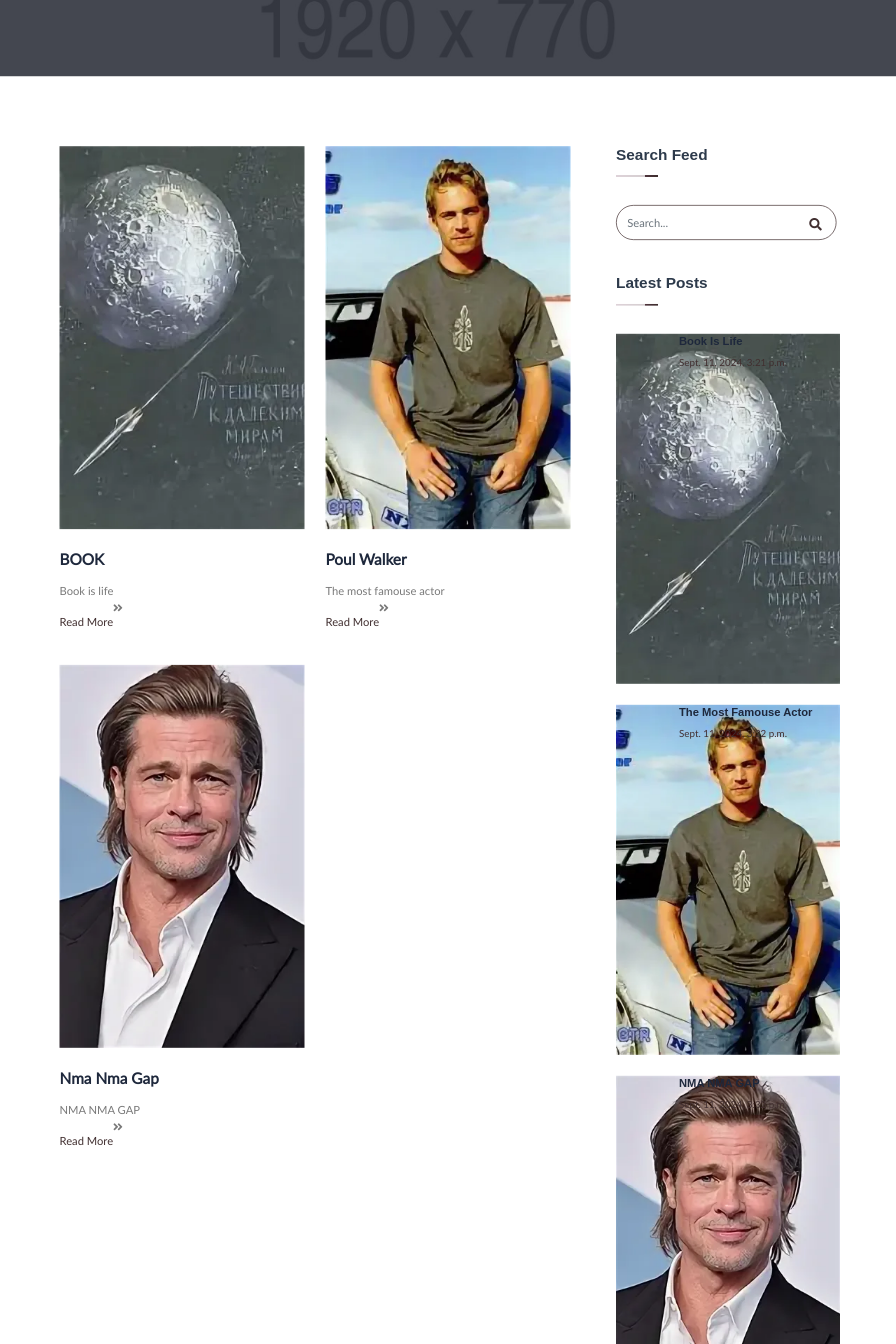
Repository: maqsudov0371/vazifa7oy10dars
Page: http://localhost/service/
An editor plug-in stored every save of this project. The page is shown before and after a run of saves, followed by the edit.
The browser window is 1280 px wide. The pictures show the part of the page from y = 477 to 2397 px (the page is 3407 px tall before and 3012 px after), at 70% of full size.
Some web fonts or font styles are not loaded; a fallback is used. The page is served by the project's application, run on Django 4.2 (manage.py). Other server files are loaded and not shown. The page reads the database file committed with the project. Queries for data that is not in the repository find no rows.

Above is the page before, as saved 2024-09-11 15:29:42.
Console error: TypeError: Cannot read properties of undefined (reading 'left')

### main/templates/main/service.html
{% extends 'base.html' %}

{% block slider %}
{% endblock slider %}

{% block content %}
    <!-- inner header wrapper start -->
    <div class="page_title_section float_left">
        <div class="page_header">
            <div class="container">
                <div class="row">
                    <!-- section_heading start -->
                    <div class="col-lg-12 col-md-12 col-12 col-sm-12">
                        <h1>Services</h1>
                    </div>
                    <div class="col-lg-12 col-md-12 col-12 col-sm-12">
                        <div class="sub_title_section">
                            <ul class="sub_title">
                                <li><a href="#">Home</a> &nbsp;&nbsp;&nbsp; &gt; &nbsp;&nbsp;</li>
                                <li>Services</li>
                            </ul>
                        </div>
                    </div>
                </div>
            </div>
        </div>
    </div>
    <!-- inner header wrapper end -->

    <!-- blog wrapper start -->
    <div class="blog_wrapper float_left">
        <div class="container">
            <div class="row">
                <div class="col-xl-8 col-lg-8 col-md-12 col-sm-12 col-xs-12">
                    <div class="row">
                        {% for service in services %}
                        <div class="col-md-6">
                            <div class="blog-post-wrapper iner_blog">
                                <div class="post-thumbnail">
                                    <img src="{{ service.image.url }}" class="img-responsive" alt="Image">
                                </div>
                                <div class="blog-content edu_service_header">
                                    <header class="entry-header">
                                        <h4 class="entry-title edu_service_heading">
                                            <a href="{% url 'main:service_detail' pk=service.pk %}">{{ service.title }}</a>
                                        </h4>
                                    </header>
                                    <div class="entry-content">
                                        <p>{{ service.content|truncatewords:20 }}</p>
                                    </div>
                                    <a href="{% url 'main:service_detail' pk=service.pk %}" class="blog_read">Read More</a>
                                    <i class="fa fa-angle-double-right" aria-hidden="true"></i>
                                </div>
                            </div>
                        </div>
                        {% endfor %}
                    </div>
                </div>

                <!-- Sidebar -->
                <div class="col-xl-4 col-lg-4 col-md-12 col-sm-12 col-xs-12 right_sidebar blog_single_sidebar">
                    <!-- Search Form -->
                    <div class="sidebar_widget float_left">
                        <div class="widget_heading">
                            <h2>Search feed</h2>
                        </div>
                        <form class="search_form" role="search">
                            <div class="form-group">
                                <input type="text" class="form-control" placeholder="Search...">
                            </div>
                            <button type="submit"><i class="fa fa-search"></i></button>
                        </form>
                    </div>

                    <!-- Latest Posts -->
                    <div class="sidebar_widget float_left">
                        <div class="widget_heading">
                            <h2>Latest Posts</h2>
                        </div>
                        {% for last in services %}
                            <div class="blog_wrapper22 float_left">
                                <div class="blog_image">
                                    <img src="{{ last.image.url }}" class="img-responsive" alt="blog_img1" style="height: ;" />
                                </div>
                                <div class="blog_text">
                                    <h5><a href="#">{{ last.content }}</a></h5>
                                    <div class="blog_date">{{ last.created_at }}</div>
                                </div>
                            </div>
                        {% endfor %}
                    </div>


                </div>
            </div>
        </div>
    </div>
    <!-- blog wrapper end -->

    <!-- edu letter wrapper Start -->
    <div class="edu_letter_main_wrapper float_left">
        <div class="container">
            <div class="edu_left_envo">
                <img src="images/innn.png" alt="img">
                <h3>Sign Up for Newsletter</h3>
            </div>
            <div class="edu_right_form">
                <input type="text" placeholder="Enter your email">
                <button>Sign Up</button>
            </div>
        </div>
    </div>
    <!-- edu letter wrapper End -->
{% endblock content %}

### templates/base.html
<!DOCTYPE html>
<!--
Template Name: Edu365 Education HTML
Version: 1.0.0
Author: Webstrot

-->
<!--[if IE 8]> <html lang="en" class="ie8 no-js"> <![endif]-->
<!--[if IE 9]> <html lang="en" class="ie9 no-js"> <![endif]-->
<!--[if !IE]><!-->
<html lang="zxx">
<!--[endif]-->

<head>
    <meta charset="utf-8" />
    <title>Edu365 Education HTML Template</title>
    <meta content="width=device-width, initial-scale=1.0" name="viewport" />
    <meta name="description" content="Education" />
    <meta name="keywords" content="Education" />
    <meta name="author" content="" />
    <meta name="MobileOptimized" content="320" />
    <!--Template style -->
    {% include 'components/_style.html' %}

</head>

<body>
        <div id="preloader">
        <div id="status">
            <img src="/static/images/preloader.gif" id="preloader_image" alt="loader">
        </div>
    </div>
    <!-- edu top header wrapper Start -->
        {% include 'components/header/_top_header.html' %}
    <!-- edu top header wrapper End -->

    <!-- edu logo header wrapper Start -->
        {% include 'components/header/_logo_header.html' %}
    <!-- edu logo header wrapper End -->

    <!-- edu navihation header wrapper Start -->
        {% include 'components/header/_navihation_header.html' %}
    <!-- edu navihation header wrapper End -->

        <!-- edu slider wrapper Start -->
        {% block slider %}
        {% include 'components/header/_slider.html' %}
        {% endblock slider %}
    <!-- edu slider wrapper End -->

    {% block content %}
    {% endblock content %}

     <!-- footer Wrapper Start -->
    {% include 'components/_footer.html' %}
    <!-- footer Wrapper End -->

    {% include 'components/_script.html' %}

</body>
</html>

### templates/components/_style.html
{% load static %}
<link rel="stylesheet" type="text/css" href="{% static 'css/animate.css' %}" />
<link rel="stylesheet" type="text/css" href="{% static 'css/bootstrap.min.css' %}" />
<link rel="stylesheet" type="text/css" href="{% static 'css/fonts.css' %}" />
<link rel="stylesheet" type="text/css" href="{% static 'css/font-awesome.css' %}" />
<link rel="stylesheet" type="text/css" href="{% static 'css/nice-select.css' %}" />
<link rel="stylesheet" type="text/css" href="{% static 'css/settings.css' %}" />
<link rel="stylesheet" type="text/css" href="{% static 'css/book.css' %}" />
<link rel="stylesheet" type="text/css" href="{% static 'css/swiper.css' %}" />
<link rel="stylesheet" type="text/css" href="{% static 'css/venobox.css' %}" />
<link rel="stylesheet" type="text/css" href="{% static 'css/testimonial.css' %}" />
<link rel="stylesheet" type="text/css" href="{% static 'css/flaticon.css' %}" />
<link rel="stylesheet" type="text/css" href="{% static 'css/owl.carousel.css' %}" />
<link rel="stylesheet" type="text/css" href="{% static 'css/owl.theme.default.css' %}" />
<link rel="stylesheet" type="text/css" href="{% static 'css/settings.css' %}" />
<link rel="stylesheet" type="text/css" href="{% static 'css/layers.css' %}" />
<link rel="stylesheet" type="text/css" href="{% static 'css/navigation.css' %}" />
<link rel="stylesheet" type="text/css" href="{% static 'css/style.css' %}" />
<link rel="stylesheet" type="text/css" href="{% static 'css/responsive.css' %}" />
<!--favicon-->
<link rel="shortcut icon" type="image/png" href="{% static 'images/favicon.png' %}" />

### templates/components/header/_top_header.html
<div class="edu_top_header_wrapper float_left">
        <div class="container">
            <div class="row">
                <div class="col-xl-6 col-lg-6 col-md-6 col-sm-12 col-12">
                    <div class="edu_top_header_left_wrapper">
                        <p>{{ header.message }}</p>
                    </div>
                </div>
                <div class="col-xl-6 col-lg-6 col-md-6 col-sm-12 col-12">
                    <div class="edu_top_header_right_wrapper">
                        <ul>
                            <li><a href=""><i class="fab fa-facebook-f"></i></a>
                            </li>
                            <li><a href="#"><i class="fab fa-twitter"></i></a>
                            </li>
                            <li><a target="_blank" href="https://www.youtube.com/{{ header.youtube }}"><i class="fab fa-youtube"></i></a>
                            </li>
                            <li><a href="#"><i class="fab fa-linkedin-in"></i></a>
                            </li>
                        </ul>
                    </div>
                </div>
            </div>
        </div>
    </div>

### templates/components/header/_logo_header.html
<div class="edu_logo_header_wrapper float_left">
        <div class="container">
            <div class="row">
                <div class="col-md-12">
                    <div class="edu_border_line">
                        <div class="row">
                            <div class="col-md-3">
                                <div class="edu_logo_main_wrapper">
                                    <a href="index.html">
                                        <img src="{{ header.logo.url }}" alt="logo">
                                    </a>
                                </div>
                            </div>
                            <div class="col-md-9 d-none d-sm-none d-md-block">
                                <div class="lv_share_info_wrapper">
                                    <ul>
                                        <li>
                                            <div class="lv_header_icon">
                                                <img src="/static/images/pin.png" alt="Map Icon" title="Map Icon">
                                            </div>
                                            <p>{{ header.address }}</p>
                                        </li>
                                        <li>
                                            <div class="lv_header_icon">
                                                <img src="/static/images/phone.png" alt="Call Icon" title="Call Icon">
                                            </div>
                                            <p>{{ header.phone1 }}
                                                <br>{{ header.phone2 }}</p>
                                        </li>
                                        <li>
                                            <div class="lv_header_icon">
                                                <img src="/static/images/env.png" alt="Mail Icon" title="Mail Icon">
                                            </div>
                                            <p> <a href="#">{{ header.email1 }}</a>
                                                <br> <a href="#">{{ header.email2 }}</a>
                                            </p>
                                        </li>
                                    </ul>
                                </div>
                            </div>
                        </div>
                    </div>
                </div>
            </div>
        </div>
    </div>
    <a id="back2Top" title="Back to top" href="#">&#10148;</a>

### main/models.py
from django.db import models
from django.contrib.auth.models import AbstractUser, User
from django.urls import reverse
from django.core.validators import FileExtensionValidator
from PIL import Image
from django.db import models



# Create your models here.

class User(AbstractUser):
    phone = models.CharField(max_length=13, blank=True,  db_index=True)
    auth_code = models.CharField(max_length=6, blank=True)

    # def get_absolute_url(self):
    #     print(self)
    #     return reverse("main:account", kwargs={"id": self.id})

    def __str__(self) -> str:
        return f"{self.username}"


class Category(models.Model):
    title = models.CharField(max_length=15)

    def __str__(self) -> str:
        return f"{self.title}"


class Tag(models.Model):
    title = models.CharField(max_length=15)

    def __str__(self) -> str:
        return f"{self.title}"




class Course(models.Model):
    LANGUAGES = (
        ('uz', 'O\'zbekcha'),
        ('ru', 'Ruscha'),
        ('en', 'Inglizcha'),
    )
    title = models.CharField(max_length=100)
    slug = models.SlugField(max_length=255, unique=True, blank=True)
    description = models.TextField()
    duration = models.DurationField(blank=True)
    price = models.DecimalField(max_digits=10, decimal_places=2)  # 100.00
    category = models.ForeignKey('Category', on_delete=models.CASCADE, related_name="courses")
    created_at = models.DateTimeField(verbose_name="Boshlanish vaqti")
    updated_at = models.DateTimeField(auto_now=True, verbose_name="Yangilanish vaqti")
    language = models.CharField(max_length=100, blank=True, choices=LANGUAGES)
    rating = models.PositiveBigIntegerField(verbose_name="Rating", default=0)
    image = models.ImageField(upload_to="images", blank=True)
    tags = models.ManyToManyField('Tag', verbose_name="tags")

    class Meta:
        ordering = ['-rating']

    def save(self, *args, **kwargs):
        # Call the parent save method to save the object
        super().save(*args, **kwargs)

        if self.image:
            img = Image.open(self.image.path)

            # Resize the image to 150x220
            img = img.resize((150, 220), Image.ANTIALIAS)
            img.save(self.image.path)


# -------------------------------------------------------------------

class Header(models.Model):
    message = models.CharField(max_length=150)
    facebook = models.CharField(max_length=30)
    twitter = models.CharField(max_length=30)
    youtube = models.CharField(max_length=30)
    linkedin = models.CharField(max_length=30)
    logo = models.ImageField(upload_to="header/logo/")
    address = models.CharField(max_length=150)
    phone1 = models.CharField(max_length=15)
    phone2 = models.CharField(max_length=15)
    email1 = models.EmailField()
    email2 = models.EmailField()

    def __str__(self):
        return f"{self.message}"


class HeaderImage(models.Model):
    service = models.CharField(max_length=100)
    content = models.CharField(max_length=255)
    header = models.ForeignKey(Header, on_delete=models.CASCADE)
    image = models.ImageField(upload_to='header/images/')


class Service(models.Model):
    title = models.CharField(max_length=150)
    content = models.TextField()
    image = models.ImageField(upload_to="service/", help_text="O'lcham: 160x250 px")
    book_image = models.ImageField(upload_to="book/image/", help_text="O'lcham 371x202 px")
    created_at = models.DateTimeField(auto_now_add=True)


class ServiceBook(models.Model):
    service = models.ForeignKey(Service, on_delete=models.PROTECT)
    file = models.FileField(upload_to="book/file/", validators=[
        FileExtensionValidator(allowed_extensions=['pdf', 'doc', 'docx'])
    ])


class Teachers(models.Model):
    title = models.CharField(max_length=255)
    name = models.CharField(max_length=100)
    image = models.ImageField(upload_to="teachers/images/", help_text="O'lcham 372x325 px")
    description = models.TextField()
    age = models.PositiveIntegerField()

### config/urls.py
"""
URL configuration for config project.

The `urlpatterns` list routes URLs to views. For more information please see:
    https://docs.djangoproject.com/en/4.2/topics/http/urls/
Examples:
Function views
    1. Add an import:  from my_app import views
    2. Add a URL to urlpatterns:  path('', views.home, name='home')
Class-based views
    1. Add an import:  from other_app.views import Home
    2. Add a URL to urlpatterns:  path('', Home.as_view(), name='home')
Including another URLconf
    1. Import the include() function: from django.urls import include, path
    2. Add a URL to urlpatterns:  path('blog/', include('blog.urls'))
"""
from django.contrib import admin
from django.urls import path, include
from django.conf import settings
from django.conf.urls.static import static

urlpatterns = [
    path('admin/', admin.site.urls),
    path('', include('main.urls', namespace="main")),
]

urlpatterns += static(settings.MEDIA_URL, document_root=settings.MEDIA_ROOT)

### main/urls.py
from django.urls import path
from .views import (HomePageView, RegisterView, LoginView, CourseDetailView,
                    AddCourseView, UpdateCourseView, ServiceView, ServiceDetailView)

app_name = 'main'

urlpatterns = [
    path('', HomePageView.as_view(), name="home"),
    path('register', RegisterView.as_view(), name="register"),
    path('login', LoginView.as_view(), name="kirish"),
    path('course/<str:slug>', CourseDetailView.as_view(), name="detail"),
    path('add_course', AddCourseView.as_view(), name="add_course"),
    path('course/<int:pk>/edit', UpdateCourseView.as_view(), name="update_course"),
    path('service/', ServiceView.as_view(), name="services"),
    path('service_detail/<int:pk>/', ServiceDetailView.as_view(), name='service_detail'),

]

### staticfiles/css/flaticon.css
	/*
  	Flaticon icon font: Flaticon
  	Creation date: 03/07/2019 08:55
  	*/

@font-face {
  font-family: "Flaticon";
  src: url("../fonts/Flaticon.eot");
  src: url("../fonts/Flaticon.eot?#iefix") format("embedded-opentype"),
       url("../fonts/Flaticon.woff2") format("woff2"),
       url("../fonts/Flaticon.woff") format("woff"),
       url("../fonts/Flaticon.ttf") format("truetype"),
       url("../fonts/Flaticon.svg#Flaticon") format("svg");
  font-weight: normal;
  font-style: normal;
}

@media screen and (-webkit-min-device-pixel-ratio:0) {
  @font-face {
    font-family: "Flaticon";
    src: url("./Flaticon.svg#Flaticon") format("svg");
  }
}

[class^="flaticon-"]:before, [class*=" flaticon-"]:before,
[class^="flaticon-"]:after, [class*=" flaticon-"]:after {
  font-family: Flaticon;
        font-size: 20px;
font-style: normal;
margin-left: 20px;
}

.flaticon-menu:before { content: "\f100"; }
.flaticon-close-envelope:before { content: "\f101"; }
.flaticon-telephone:before { content: "\f102"; }
.flaticon-map-marker:before { content: "\f103"; }
.flaticon-plus-symbol:before { content: "\f104"; }
.flaticon-left-arrow:before { content: "\f105"; }
.flaticon-right-arrow:before { content: "\f106"; }
.flaticon-notification:before { content: "\f107"; }
.flaticon-college-graduation:before { content: "\f108"; }
.flaticon-books-stack-of-three:before { content: "\f109"; }
.flaticon-classroom:before { content: "\f10a"; }
.flaticon-kids-couple:before { content: "\f10b"; }
.flaticon-file:before { content: "\f10c"; }

### db.sqlite3 (the tables this page reads, as SQL)
CREATE TABLE "main_service" ("id" integer NOT NULL PRIMARY KEY AUTOINCREMENT, "title" varchar(150) NOT NULL, "content" text NOT NULL, "image" varchar(100) NOT NULL, "book_image" varchar(100) NOT NULL, "created_at" datetime NOT NULL);
INSERT INTO "main_service" VALUES
(1, 'BOOK', 'Book is life', 'service/i_3_66ipPX7.webp', 'book/image/i_2_F5CahHc.webp', '2024-09-11 10:21:45.974625'),
(2, 'Poul Walker', 'The most famouse actor', 'service/160x250_rpNRk8M.webp', 'book/image/371x202_oRnJeCW.webp', '2024-09-11 10:22:16.011371'),
(3, 'nma nma gap', 'NMA NMA GAP', 'service/i_5.webp', 'book/image/i_6.webp', '2024-09-11 10:32:34.940560');

Loaded but not shown: staticfiles/css/animate.css (library); staticfiles/css/bootstrap.min.css (library); staticfiles/css/font-awesome.css (library); staticfiles/css/nice-select.css (common file); staticfiles/css/settings.css (library); staticfiles/css/swiper.css (library); staticfiles/css/venobox.css (common file); staticfiles/css/owl.carousel.css (library); staticfiles/css/owl.theme.default.css (common file); staticfiles/css/style.css (library); staticfiles/js/jquery-3.3.1.min.js (library); staticfiles/js/bootstrap.min.js (library); staticfiles/js/modernizr.js (library); staticfiles/js/jquery.themepunch.revolution.min.js (library); staticfiles/js/jquery.themepunch.tools.min.js (library); staticfiles/js/jquery.countTo.js (common file); staticfiles/js/jquery.inview.min.js (common file); staticfiles/js/swiper.min.js (library); staticfiles/js/venobox.min.js (library); staticfiles/js/owl.carousel.js (library); staticfiles/js/jquery.menu-aim.js (library); staticfiles/js/jquery.nice-select.min.js (common file); staticfiles/js/revolution.extension.actions.min.js (library); staticfiles/js/revolution.extension.carousel.min.js (library); staticfiles/js/revolution.extension.kenburn.min.js (library); staticfiles/js/revolution.extension.layeranimation.min.js (library); staticfiles/js/revolution.extension.migration.min.js (library); staticfiles/js/revolution.extension.navigation.min.js (library); staticfiles/js/revolution.extension.parallax.min.js (library); staticfiles/js/revolution.extension.slideanims.min.js (library); staticfiles/js/revolution.extension.video.min.js (library); staticfiles/js/custom.js (239 lines, source omitted); staticfiles/js/testimonial.js (106 lines, source omitted); staticfiles/css/layers.css (5805 lines, source omitted); staticfiles/css/navigation.css (2642 lines, source omitted); templates/components/header/_navihation_header.html (606 lines, source omitted); staticfiles/css/book.css (669 lines, source omitted); staticfiles/css/fonts.css (342 lines, source omitted); staticfiles/css/testimonial.css (69 lines, source omitted); templates/components/_script.html (186 lines, source omitted); staticfiles/css/responsive.css (431 lines, source omitted); main/views.py (200 lines, source omitted); templates/components/_footer.html (119 lines, source omitted)

After the next 3 saves:
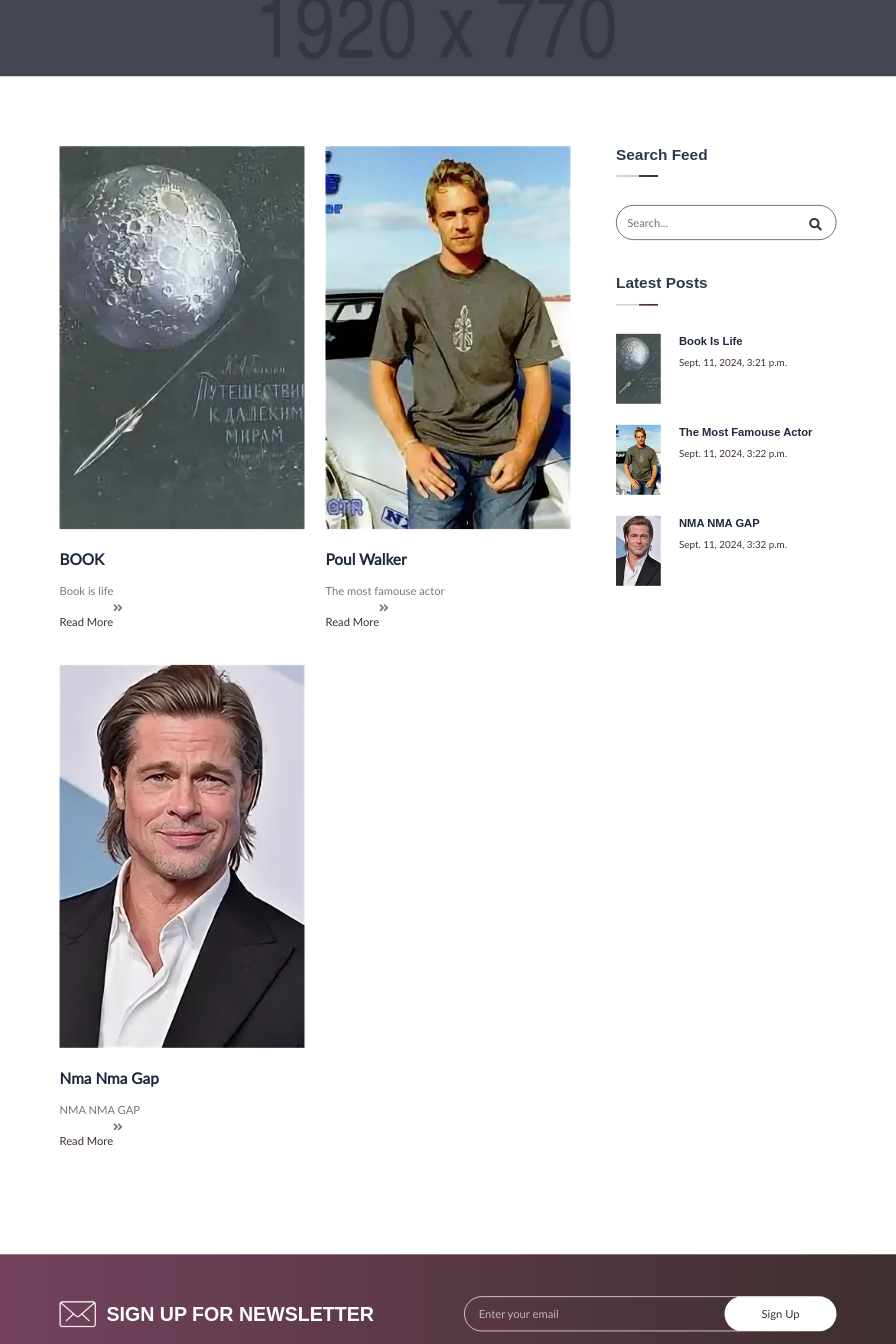
The 3 saves are shown as one change because they came seconds apart.
The last was saved 11 s later.
--- a/main/templates/main/service.html
+++ b/main/templates/main/service.html
@@ -80,7 +80,7 @@
                         {% for last in services %}
                             <div class="blog_wrapper22 float_left">
                                 <div class="blog_image">
-                                    <img src="{{ last.image.url }}" class="img-responsive" alt="blog_img1" style="height: ;" />
+                                    <img src="{{ last.image.url }}" class="img-responsive" alt="blog_img1" style="height: 100px; width: ;" />
                                 </div>
                                 <div class="blog_text">
                                     <h5><a href="#">{{ last.content }}</a></h5>
